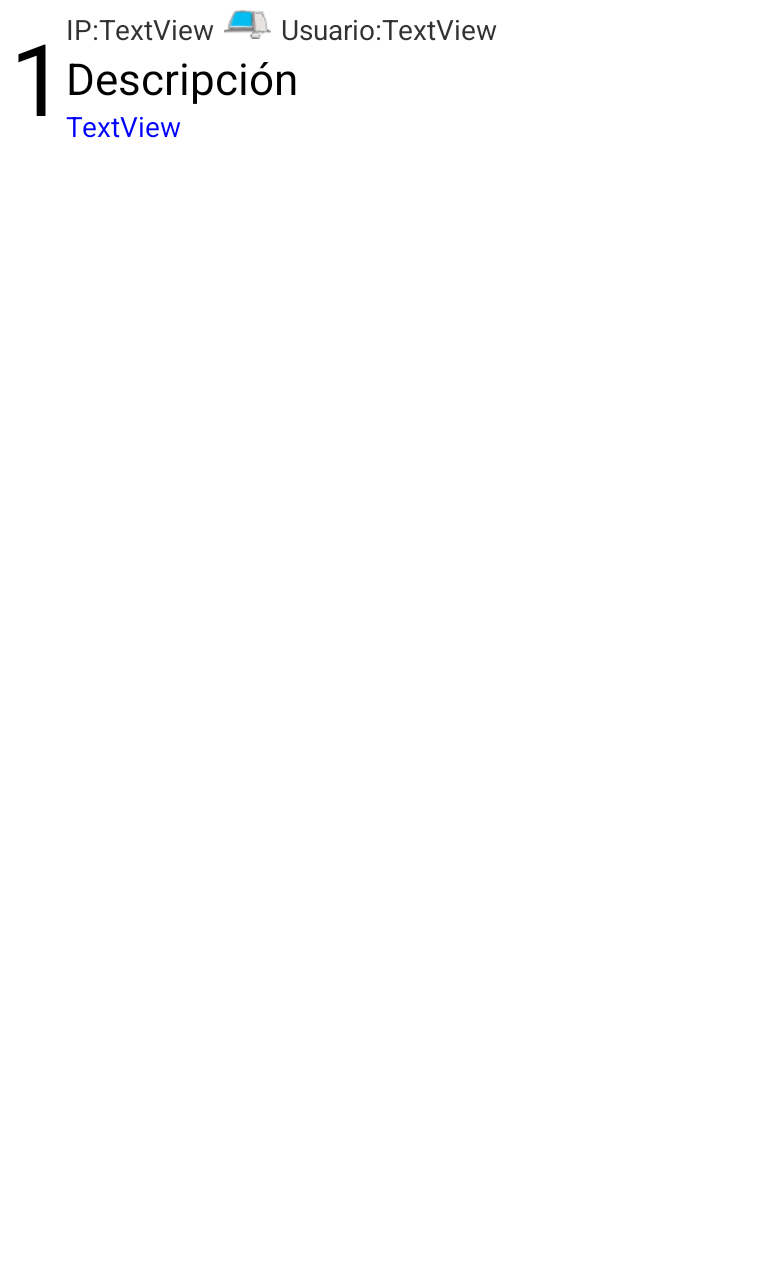
Repository: jonatansantos/Android-Server-Status
Layout: desarrollo/ModuloSSH/res/layout/list_servers.xml
An editor plug-in stored every save of this project. The layout is shown before and after the next save, followed by the edit.
It is drawn on a 768 x 1280 px phone screen (xhdpi) without system bars, with theme android:Theme.Light; the app's code is not run.

Above is the layout before, as saved 2012-03-22 22:52:51.

### desarrollo/ModuloSSH/res/layout/list_servers.xml
<?xml version="1.0" encoding="utf-8"?>
<LinearLayout xmlns:android="http://schemas.android.com/apk/res/android"
    android:layout_width="wrap_content"
    android:layout_height="wrap_content"
    android:orientation="horizontal"
    android:padding="5dp" >





    <TextView
        android:id="@+id/tv_id"
        android:layout_width="wrap_content"
        android:layout_height="wrap_content"
        android:text="@string/uno"
        android:textAppearance="?android:attr/textAppearanceLarge"
        android:textSize="50dp" />

    <LinearLayout
        android:id="@+id/linearLayout1"
        android:layout_width="wrap_content"
        android:layout_height="match_parent"
        android:orientation="vertical" >

        <LinearLayout
            android:id="@+id/linearLayout2"
            android:layout_width="match_parent"
            android:layout_height="wrap_content" >


            <TextView
                android:id="@+id/textView1"
                android:layout_width="wrap_content"
                android:layout_height="wrap_content"
                android:text="@string/ip" />

            <TextView
                android:id="@+id/textView2"
                android:layout_width="wrap_content"
                android:layout_height="wrap_content"
                android:text="TextView" />



            <ImageView
                android:id="@+id/imageView1"
                android:layout_width="wrap_content"
                android:layout_height="wrap_content"
                android:layout_marginLeft="5dp"
                android:layout_marginRight="5dp"
                android:src="@drawable/ic_ordenador2" />


            <TextView
                android:id="@+id/textView3"
                android:layout_width="wrap_content"
                android:layout_height="wrap_content"
                android:text="@string/usuario" />

            <TextView
                android:id="@+id/textView4"
                android:layout_width="wrap_content"
                android:layout_height="wrap_content"
                android:text="TextView" />

        </LinearLayout>

        <LinearLayout
            android:id="@+id/linearLayout4"
            android:layout_width="match_parent"
            android:layout_height="wrap_content" >


            <TextView
                android:id="@+id/textView6"
                android:layout_width="wrap_content"
                android:layout_height="wrap_content"
                android:text="@string/descripcion"
                android:textAppearance="?android:attr/textAppearanceLarge" />

        </LinearLayout>

        <LinearLayout
            android:id="@+id/linearLayout3"
            android:layout_width="match_parent"
            android:layout_height="wrap_content" >

            <TextView
                android:id="@+id/textView5"
                android:layout_width="wrap_content"
                android:layout_height="wrap_content"
                android:text="TextView"
                android:textColor="#0000FF"/>

        </LinearLayout>

    </LinearLayout>

</LinearLayout>

### desarrollo/ModuloSSH/res/values/strings.xml
<?xml version="1.0" encoding="utf-8"?>
<resources>

    <string name="hello">Hello World, ModuloSSHActivity!</string>
    <string name="app_name">ModuloSSH</string>
    <string name="puerto">22</string>
    <string name="conectar">Conectar</string>
    <string name="desconectar">Desconectar</string>
    <string name="Selecciona">Selecciona una conexión</string>
    <string name="vacio"></string>
    <string name="uno">1</string>
    <string name="descripcion">Descripción</string>
    <string name="ip">IP:</string>
    <string name="usuario">Usuario:</string>

</resources>

After the next save:
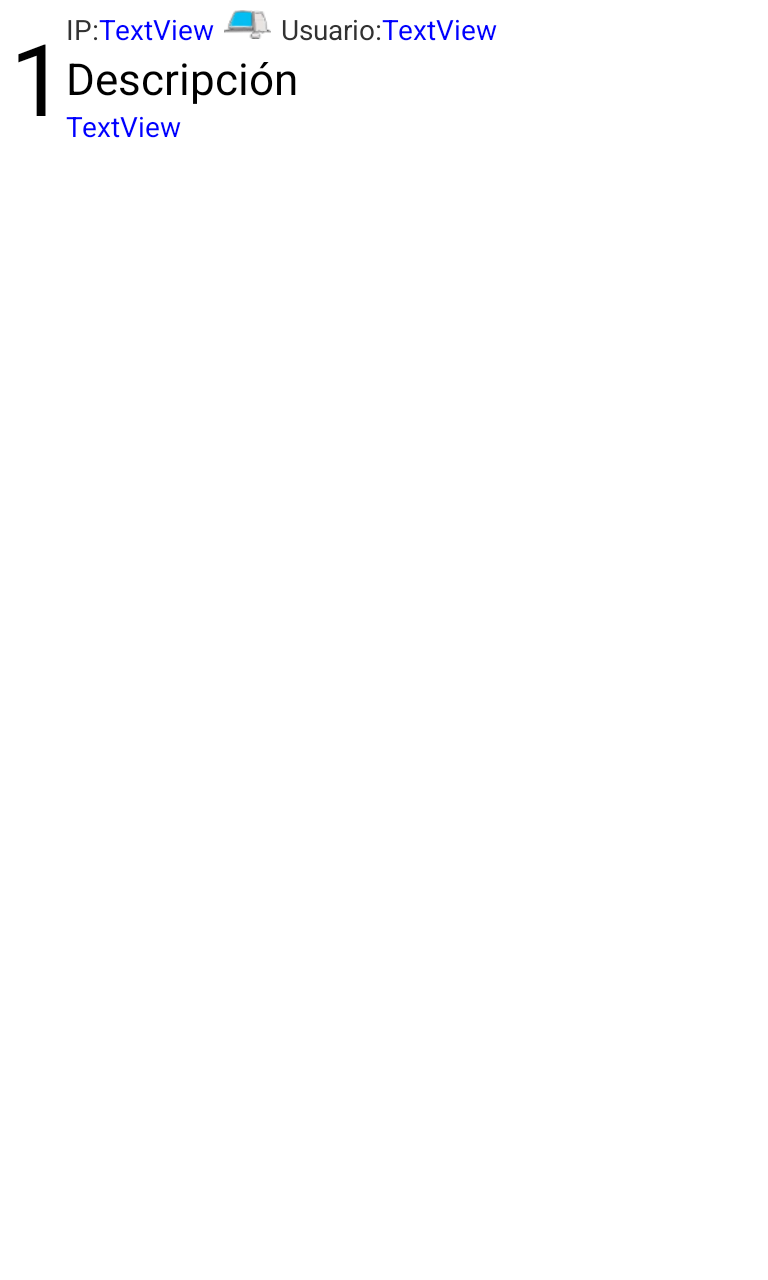
Saved 52 s later.
--- a/desarrollo/ModuloSSH/res/layout/list_servers.xml
+++ b/desarrollo/ModuloSSH/res/layout/list_servers.xml
@@ -39,7 +39,8 @@
                 android:id="@+id/textView2"
                 android:layout_width="wrap_content"
                 android:layout_height="wrap_content"
-                android:text="TextView" />
+                android:text="TextView"
+                 android:textColor="#0000FF" />
 
 
 
@@ -62,7 +63,8 @@
                 android:id="@+id/textView4"
                 android:layout_width="wrap_content"
                 android:layout_height="wrap_content"
-                android:text="TextView" />
+                android:text="TextView"
+                 android:textColor="#0000FF"/>
 
         </LinearLayout>
 
